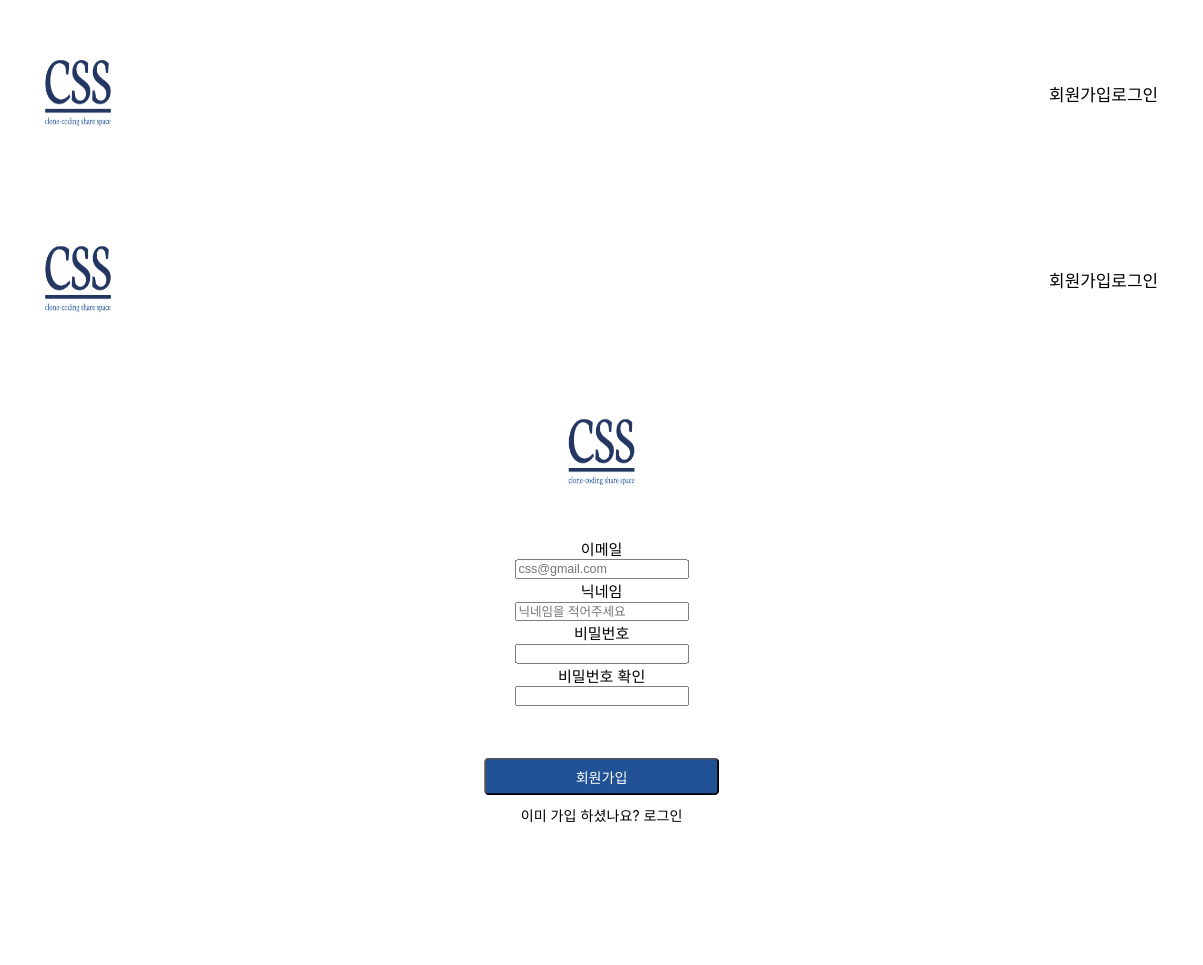
Repository: YS739/React-project-CSS
Page: /signUp
An editor plug-in stored every save of this project. The page is shown before and after the next save, followed by the edit.
The browser window is 1280 px wide. The pictures show the whole page, at 94% of full size.
The project was rebuilt for these pictures with package versions that can differ from the ones it lists, and the page was loaded fresh each time. Also part of the build but not shown: src/components/DetailPage/AddComment/style.js, src/components/DetailPage/AddComment/AddComment.jsx, src/common/firebase.ts, src/components/DetailPage/CommentList/style.js, src/components/DetailPage/Comment/style.js, src/components/DetailPage/Comment/Comment.jsx, src/components/DetailPage/CommentList/CommentList.tsx, src/components/DetailPage/DetailVideo/style.js and 19 more.

Above is the page before, as saved 2023-01-21 13:50:17.

### src/App.jsx
import { Fragment } from 'react';
import Header from './components/GlobalComponents/Header/Header';
import Router from './shared/Router';

function App() {
  return (
    <Fragment>
      <Header />
      <Router />
    </Fragment>
  );
}

export default App;

### src/components/GlobalComponents/Header/Header.jsx
import { Container, Logo, LoginToggle } from './style.js';
import { useNavigate } from 'react-router-dom';

const Header = () => {
  // TODO: 네비게이트 적용
  // const navigate = useNavigate();

  // 어느 페이지든 현재 로그인한 유저의 id를 가져오고 싶을 때
  let currentUserId = localStorage.getItem('id');

  // TODO: 회원가입 <-> 마이페이지 / 로그인 <-> 로그아웃 토글
  // FIXME: 회원가입, 로그인 버튼 사이에 패딩주기
  return (
    <Container>
      <Logo src={require('../../../assets/css_logo.png')} alt="css" />
      <LoginToggle>
        <div>회원가입</div>
        <div>로그인</div>
      </LoginToggle>
    </Container>
  );
};

export default Header;

### src/shared/Router.tsx
import { BrowserRouter, Route, Routes } from 'react-router-dom';
import DetailPage from '../pages/DetailPage/DetailPage';
import LoginPage from '../pages/LoginPage/LoginPage';
import MainPage from '../pages/MainPage/MainPage';
import MyPage from '../pages/MyPage/MyPage';
import SignUpPage from '../pages/SignUpPage/SignUpPage';
import Layout from '../components/GlobalComponents/Layout/Layout';

const Router = () => {
  return (
    <BrowserRouter>
      <Layout>
        <Routes>
          <Route path="/" element={<MainPage />} />
          <Route path="/detail/:videoId" element={<DetailPage />} />
          <Route path="/login" element={<LoginPage />} />
          <Route path="/signUp" element={<SignUpPage />} />
          <Route path="/my" element={<MyPage />} />
        </Routes>
      </Layout>
    </BrowserRouter>
  );
};

export default Router;

### src/components/GlobalComponents/Header/style.js
import styled from 'styled-components';

export const Container = styled.div`
  padding: 4rem 3rem;
  text-align: center;
  display: flex;
  justify-content: space-between;
  align-items: center;
`;
export const Logo = styled.img`
  width: 70px;
  height: 70px;
  justify-content: center;
`;
export const LoginToggle = styled.div`
  display: flex;
  align-items: center;
  font-size: 18px;
  display: flex;
  margin-left: 20px;
  align-items: center;
`;

### src/pages/SignUpPage/SignUpPage.jsx
import { SignUpContainer, Logo, Form, BlueButton, Login } from './style';

const SignUpPage = () => {
  return (
    <SignUpContainer>
      <Logo src={require('../../assets/css_logo.png')} alt="css" />
      <Form>
        이메일
        <input placeholder={'css@gmail.com'} />
        닉네임
        <input placeholder={'닉네임을 적어주세요'} />
        비밀번호
        <input />
        비밀번호 확인
        <input />
      </Form>
      <BlueButton>회원가입</BlueButton>
      <Login>이미 가입 하셨나요? 로그인</Login>
    </SignUpContainer>
  );
};

export default SignUpPage;

### src/components/GlobalComponents/Layout/Layout.tsx
import { LayOut } from './style';
import Header from '../Header/Header';
// TODO: 컴포넌트 빼서 if문으로 로그인/글작성/마이페이지 보이게

// TODO: any 수정하기
const Layout = ({ children }: any) => {
  return (
    <LayOut>
      <Header />
      <div>{children}</div>
    </LayOut>
  );
};

export default Layout;

### src/pages/SignUpPage/style.js
import styled from 'styled-components';

export const SignUpContainer = styled.div`
  padding: 50px;
  margin-bottom: 100px;
  display: flex;
  flex-direction: column;
  justify-content: center;
  align-items: center;
`;

export const Logo = styled.img`
  width: 70px;
  height: 70px;
  justify-content: center;
`;
export const Form = styled.form`
  display: flex;
  flex-direction: column;
  justify-content: center;
  align-items: center;
  padding: 50px;
  margin: 5px;
`;
export const Input = styled.input`
  border: none;
  border-bottom: 1px solid #ccc;
  color: #555;
  box-sizing: border-box;
  font-size: 18px;
`;
export const BlueButton = styled.button`
  background-color: #205295;
  border-radius: 5px;
  width: 250px;
  height: 40px;
  color: white;
  font-size: 15px;
  margin-bottom: 10px;
  cursor: pointer;
`;
export const Login = styled.div`
  font-size: 15px;
`;

### src/components/GlobalComponents/Layout/style.ts
import styled from 'styled-components';

export const LayOut = styled.div`
  display: flex;
  flex-direction: column;
`;

Loaded but not shown: public/index.html (common file); src/index.tsx (common file); src/index.css (common file); src/reportWebVitals.ts (common file)

After the next save:
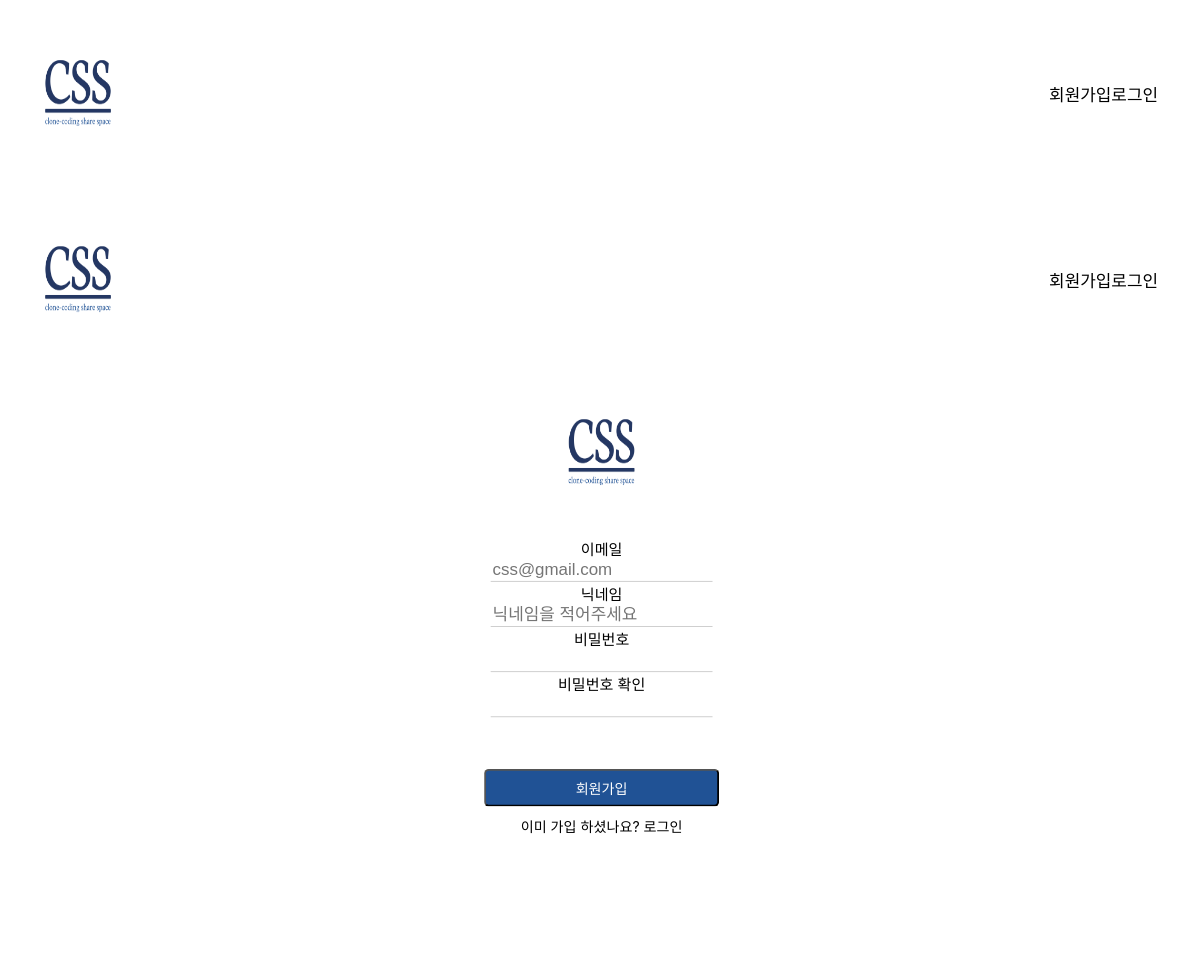
Saved 2 s later.
--- a/src/pages/SignUpPage/SignUpPage.jsx
+++ b/src/pages/SignUpPage/SignUpPage.jsx
@@ -1,4 +1,4 @@
-import { SignUpContainer, Logo, Form, BlueButton, Login } from './style';
+import { SignUpContainer, Logo, Form, Input, BlueButton, Login } from './style';
 
 const SignUpPage = () => {
   return (
@@ -6,13 +6,13 @@
       <Logo src={require('../../assets/css_logo.png')} alt="css" />
       <Form>
         이메일
-        <input placeholder={'css@gmail.com'} />
+        <Input placeholder={'css@gmail.com'} />
         닉네임
-        <input placeholder={'닉네임을 적어주세요'} />
+        <Input placeholder={'닉네임을 적어주세요'} />
         비밀번호
-        <input />
+        <Input />
         비밀번호 확인
-        <input />
+        <Input />
       </Form>
       <BlueButton>회원가입</BlueButton>
       <Login>이미 가입 하셨나요? 로그인</Login>
